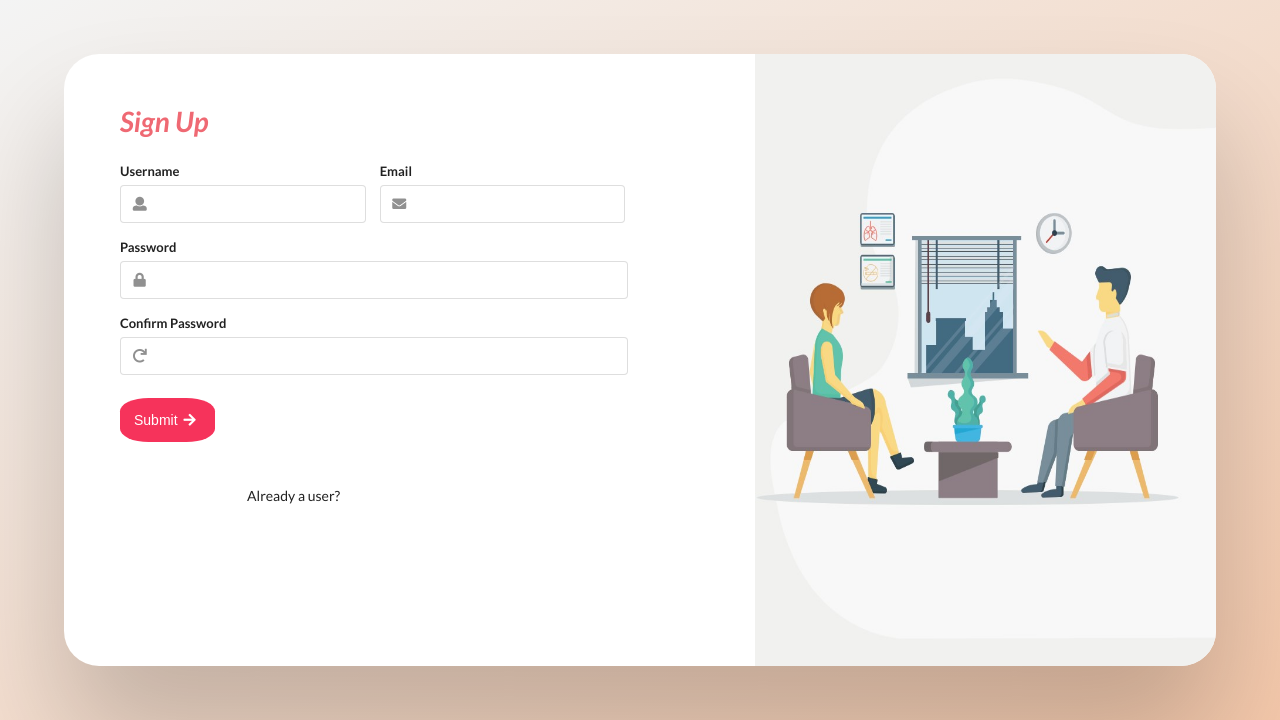
Repository: ajayaj2001/healthcare-digitization
Page: /register
The author's editor kept a copy of each file at every save. The page is drawn from the files as they stood at one save, then again after the next save.
The browser window is 1280 px wide. The pictures show the whole page.
The project was rebuilt for these pictures with package versions that can differ from the ones it lists, and the page was loaded fresh each time. Also part of the build but not shown: src/component/userType/UserType.scss, src/component/userType/UserType.js, src/component/login/Login.scss, src/component/login/loginForm/LoginForm.scss, src/component/login/loginForm/LoginForm.js, src/component/login/Login.js.

Above is the page before, as saved 2021-03-12 22:40:57.

After the next save:
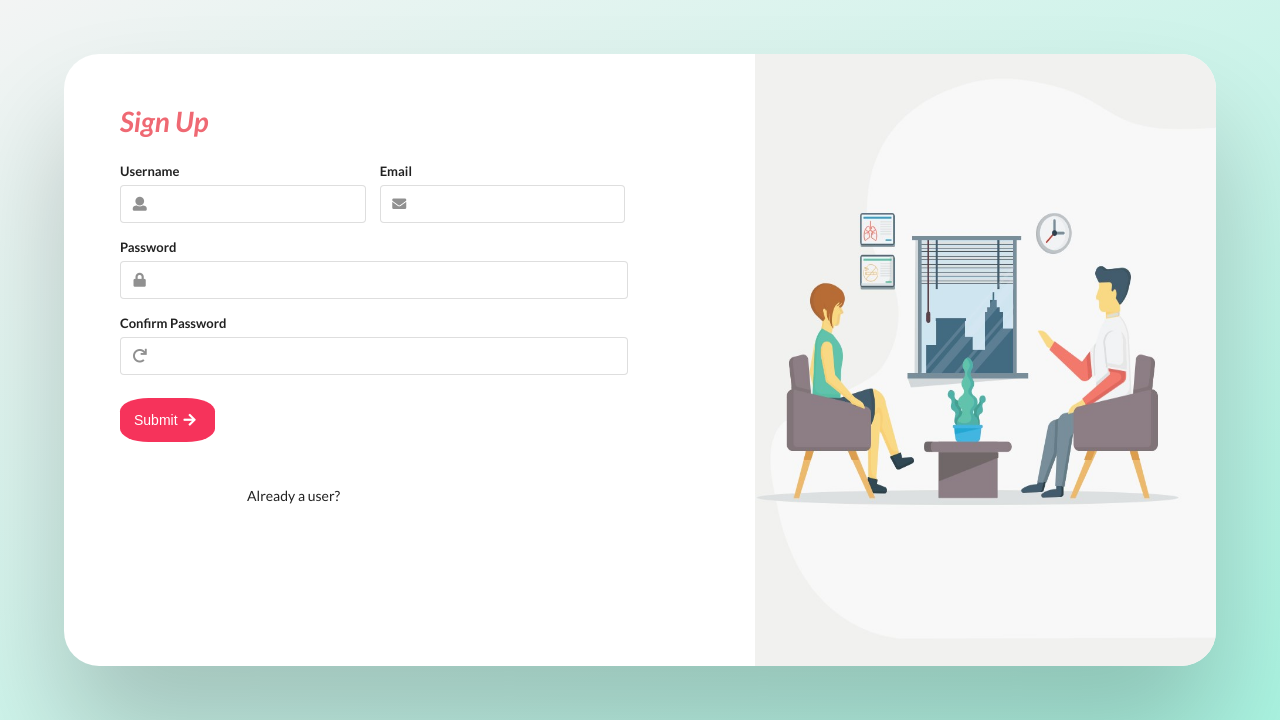
Saved 74 s later.
--- a/src/component/register/Register.scss
+++ b/src/component/register/Register.scss
@@ -1,6 +1,6 @@
 .container {
     margin: 0;
-    background-image: linear-gradient(to right bottom, #f3f4f4, #f1bd9ad8);
+    background-image: linear-gradient(to right bottom, #f3f4f4, #9af1dbd8);
     height: 100vh;
     display: flex;
     justify-content: center;
